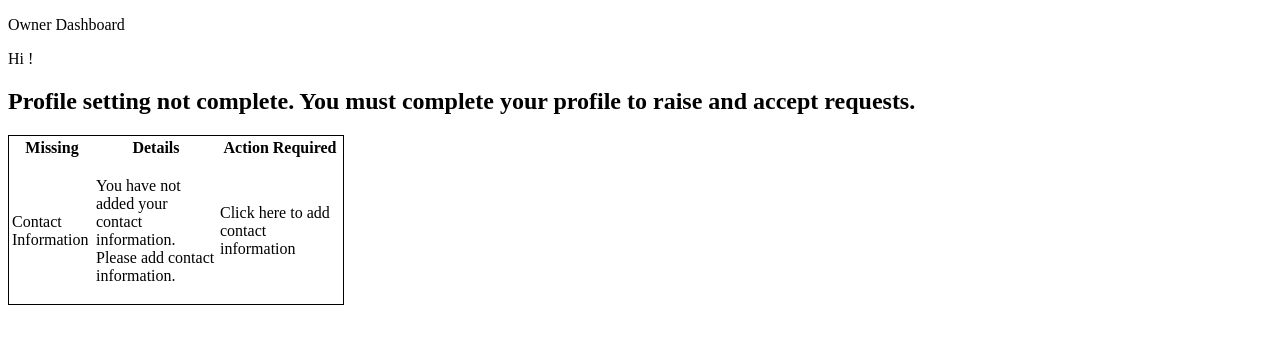
Repository: vasuanne/PetDiaries
Page: http://localhost/SpringMVC/WEB-INF/views/ownerDashboard.jsp
An editor plug-in stored every save of this project. The page is shown before and after the next save, followed by the edit.
The browser window is 1280 px wide. The pictures show the whole page.
The page is served by Tomcat 9. Nobody is signed in. The template is opened directly, without the code that normally fills it, so the values that code supplies are empty.

Above is the page before, as saved 2017-04-26 19:50:18.

After the next save:
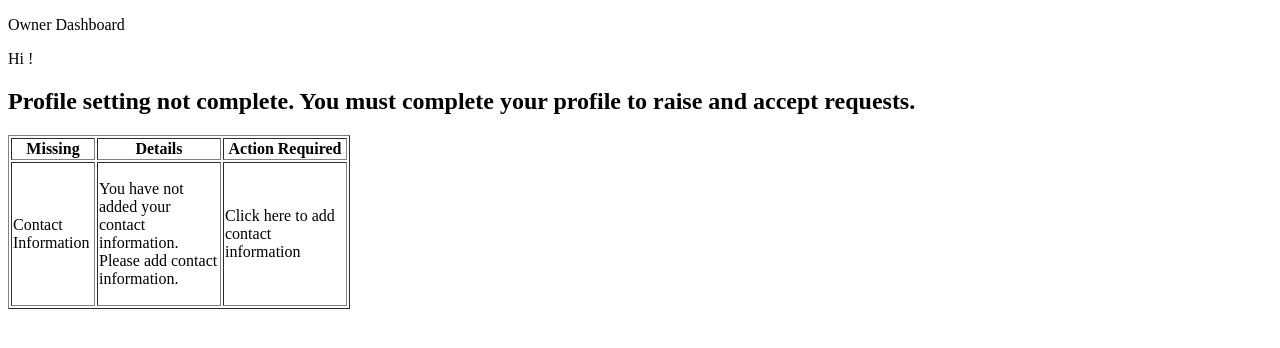
Saved 102 s later.
--- a/oopsWorkspace/SpringMVC/src/main/webapp/WEB-INF/views/ownerDashboard.jsp
+++ b/oopsWorkspace/SpringMVC/src/main/webapp/WEB-INF/views/ownerDashboard.jsp
@@ -14,7 +14,7 @@
 
 <c:if test="${petCount == 0 || !contactInfo}">
 <h2>Profile setting not complete. You must complete your profile to raise and accept requests.</h2>
-	<table class="tg"  style="border:1px solid black">
+	<table class="tg"  border="1">
 	<tr>
 		<th width="80" >Missing</th>
 		<th width="120">Details</th>
